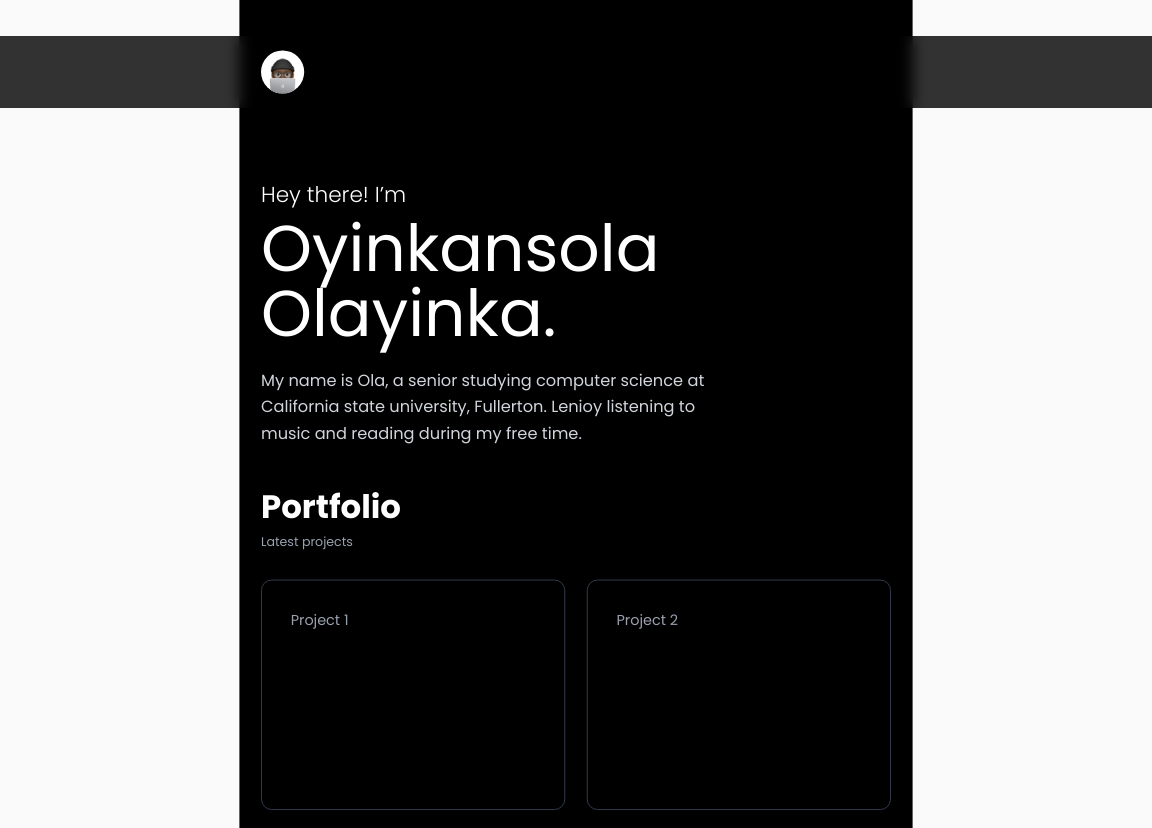
Repository: olasores/olasores-portfolio
Page: /
These files come from the project's save history. The page is drawn as it stood at one moment and after the next save; the edit follows.
The browser window is 1280 px wide. The pictures show the whole page, at 90% of full size.
The project was rebuilt for these pictures with package versions that can differ from the ones it lists, and the page was loaded fresh each time. The framework's server and built-in components were replaced by stand-ins that run in the browser. Also part of the build but not shown: next.config.ts.

Above is the page before, as saved 2025-11-11 12:55:08.

### app/layout.tsx
import type { Metadata } from "next";
import { Poppins } from "next/font/google";
import "./globals.css";
import Navbar from "./components/Navbar";

const poppins = Poppins({
  variable: "--font-poppins",
  weight: ["300", "400", "500", "600", "700"],
  subsets: ["latin"],
});

export const metadata: Metadata = {
  title: "Create Next App",
  description: "Generated by create next app",
};

export default function RootLayout({
  children,
}: Readonly<{
  children: React.ReactNode;
}>) {
  return (
    <html lang="en">
      <body
        className={`${poppins.variable} antialiased`}
      >
        <Navbar />
        {children}
      </body>
    </html>
  );
}

### app/page.tsx
import HomeSection from "./components/HomeSection";

export default function Home() {
  return (

    <div className="flex min-h-screen items-center justify-center bg-zinc-50 font-sans dark:bg-black top-20">
      <HomeSection />

    </div>
  );
}

### app/globals.css
@import "tailwindcss";

* {
  font-family: 'Poppins', sans-serif;
}

:root {
  --background: #ffffff;
  --foreground: #171717;
}

@media (prefers-color-scheme: dark) {
  :root {
    --background: #0a0a0a;
    --foreground: #ededed;
  }
}

body {
  background: var(--background);
  color: var(--foreground);
}

### app/components/Navbar.tsx
export default function Navbar() {
    return (
        <nav className="fixed top-10 left-0 right-0 bg-black/80 backdrop-blur-sm px-6 py-4 z-50 flex justify-center">
            <div className="max-w-[700px] w-full flex items-center justify-between">
                {/* Logo */}
                <div className="relative w-12 h-12 rounded-full bg-white overflow-hidden flex items-center justify-center">
                    <img
                        src="/assets/olaimg2.webp"
                        alt="Oyinkansola Olayinka Logo"
                        className="w-full h-full object-cover"
                    />
                </div>

                {/* Links */}
                {/* <div className="flex gap-8 text-white">
                    <a href="#" className="hover:text-gray-400 transition">
                        Github ↗
                    </a>
                    <a href="#" className="hover:text-gray-400 transition">
                        linkedin ↗
                    </a>
                    <a href="#" className="hover:text-gray-400 transition">
                        Resume ↗
                    </a>
                </div> */}
            </div>
        </nav>
    );
}

### app/components/HomeSection.tsx
import Portfolio from "./Portfolio";
export default function HomeSection() {
    return (
        <div className="flex min-h-screen justify-center bg-black font-sans dark:bg-black px-6 py-5 pt-30 md:pt-50">
            <div className="max-w-[700px] w-full flex flex-col gap-12">
                {/* Text content */}
                <div className="flex flex-col gap-6 items-center md:items-start">
                    <div>
                        <h2 className="text-xl md:text-2xl font-light text-white mb-2">
                            Hey there! I&rsquo;m
                        </h2>
                        <h1 className="text-5xl md:text-7xl  text-white">
                            Oyinkansola Olayinka.
                        </h1>
                    </div>

                    <p className="text-base md:text-lg text-gray-300 leading-relaxed max-w-lg">
                        My name is Ola, a senior studying computer science at California state university, Fullerton. Lenioy listening to music and reading during my free time.
                    </p>

                    {/* Links */}
                    {/* <div className="flex gap-6 text-lg md:text-xl text-white">
                        <a href="#" className="hover:text-gray-400 transition">
                            Github ↗
                        </a>
                        <a href="#" className="hover:text-gray-400 transition">
                            linkedin ↗
                        </a>
                        <a href="#" className="hover:text-gray-400 transition">
                            Resume ↗
                        </a>
                    </div> */}

                </div>
                <Portfolio />

            </div>
        </div>
    );
}

### app/components/Portfolio.tsx
export default function Portfolio() {
    return (
        <div className="flex justify-center bg-black font-sans dark:bg-black">
            <div className="max-w-[700px] w-full flex flex-col gap-8">
                {/* Section Title */}
                <div>
                    <h2 className="text-3xl md:text-4xl font-bold text-white mb-2">
                        Portfolio
                    </h2>
                    <p className="text-gray-400 text-sm">
                        Latest projects
                    </p>
                </div>

                {/* Projects Grid */}
                <div className="grid grid-cols-1 md:grid-cols-2 gap-6">
                    {/* Project Card 1 */}
                    <div className="border border-gray-700 rounded-xl p-8 min-h-64 hover:border-gray-500 transition">
                        <div className="text-gray-400">Project 1</div>
                    </div>

                    {/* Project Card 2 */}
                    <div className="border border-gray-700 rounded-xl p-8 min-h-64 hover:border-gray-500 transition">
                        <div className="text-gray-400">Project 2</div>
                    </div>
                </div>
            </div>
        </div>
    );
}

After the next save:
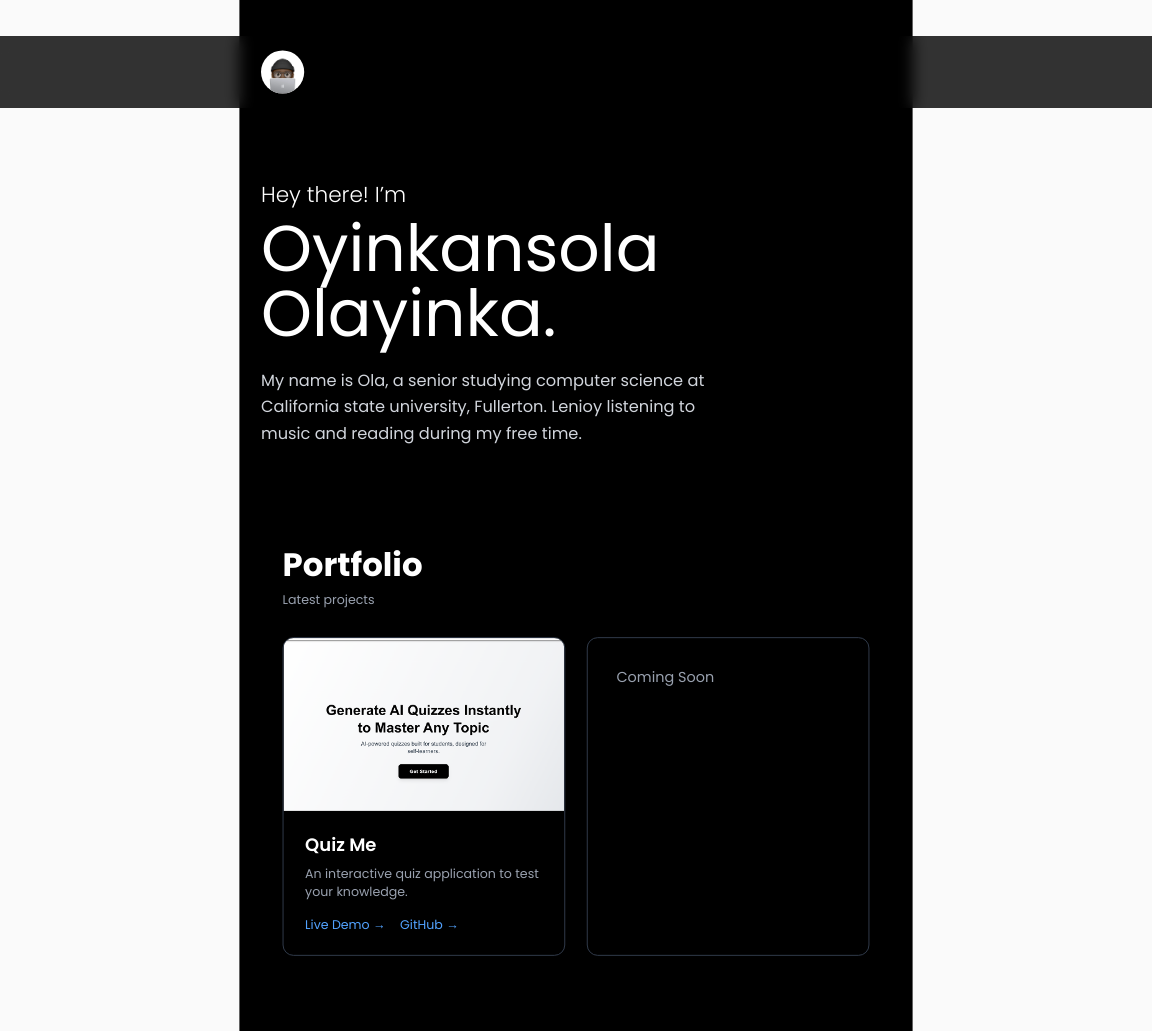
Saved 6 min 3 s later.
--- a/app/components/Portfolio.tsx
+++ b/app/components/Portfolio.tsx
@@ -1,6 +1,6 @@
 export default function Portfolio() {
     return (
-        <div className="flex justify-center bg-black font-sans dark:bg-black">
+        <div className="flex justify-center bg-black font-sans dark:bg-black px-6 py-16">
             <div className="max-w-[700px] w-full flex flex-col gap-8">
                 {/* Section Title */}
                 <div>
@@ -14,14 +14,51 @@ export default function Portfolio() {
 
                 {/* Projects Grid */}
                 <div className="grid grid-cols-1 md:grid-cols-2 gap-6">
-                    {/* Project Card 1 */}
-                    <div className="border border-gray-700 rounded-xl p-8 min-h-64 hover:border-gray-500 transition">
-                        <div className="text-gray-400">Project 1</div>
+                    {/* Quiz Me Project */}
+                    <div className="border border-gray-700 rounded-xl overflow-hidden hover:border-gray-500 transition flex flex-col">
+                        {/* Project Image */}
+                        <div className="w-full h-48 bg-gray-800 overflow-hidden">
+                            <img
+                                src="/assets/quizzy.png"
+                                alt="Quiz Me Project"
+                                className="w-full h-full object-cover"
+                            />
+                        </div>
+
+                        {/* Project Details */}
+                        <div className="p-6 flex flex-col gap-4 flex-1">
+                            <div>
+                                <h3 className="text-xl font-semibold text-white mb-2">
+                                    Quiz Me
+                                </h3>
+                                <p className="text-gray-400 text-sm">
+                                    An interactive quiz application to test your knowledge.
+                                </p>
+                            </div>
+
+                            {/* Links */}
+                            <div className="flex gap-4 text-sm mt-auto">
+                                <a
+                                    href="https://quiz-me-sandy.vercel.app/"
+                                    target="_blank"
+                                    rel="noopener noreferrer"
+                                    className="text-blue-400 hover:text-blue-300 transition"
+                                >
+                                    Live Demo →
+                                </a>
+                                <a
+                                    href="#"
+                                    className="text-blue-400 hover:text-blue-300 transition"
+                                >
+                                    GitHub →
+                                </a>
+                            </div>
+                        </div>
                     </div>
 
-                    {/* Project Card 2 */}
+                    {/* Project Card 2 - Placeholder */}
                     <div className="border border-gray-700 rounded-xl p-8 min-h-64 hover:border-gray-500 transition">
-                        <div className="text-gray-400">Project 2</div>
+                        <div className="text-gray-400">Coming Soon</div>
                     </div>
                 </div>
             </div>
